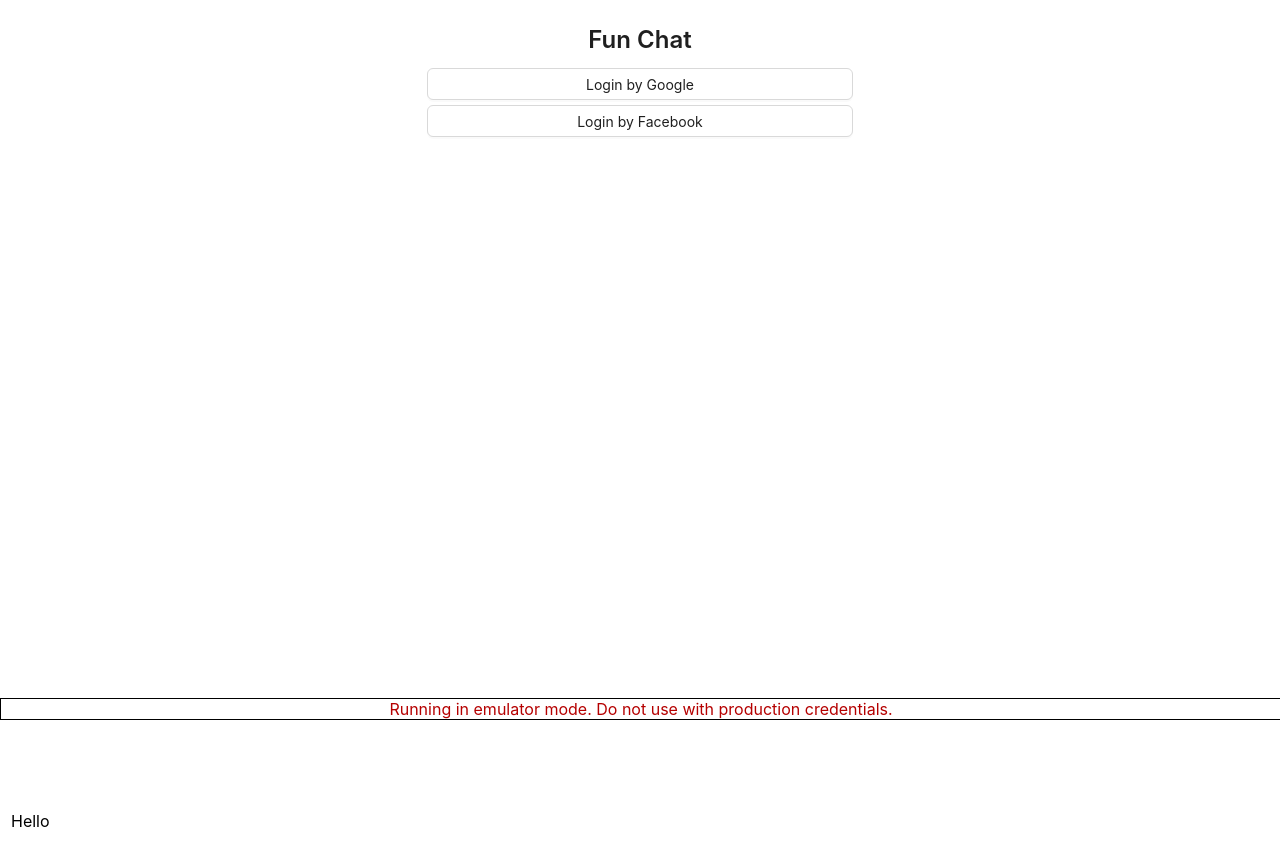
Repository: ynguyen1512/chat-real-time
Page: /login
The author's editor kept a copy of each file at every save. The page is drawn from the files as they stood at one save, then again after the next save.
The browser window is 1280 px wide. The pictures show the whole page.
The page's requests for data from a server got no answer. The project was rebuilt for these pictures with package versions that can differ from the ones it lists, and the page was loaded fresh each time. No one was signed in, and anything a server would have sent is missing. Also part of the build but not shown: src/App.css, src/components/ChatRoom/UserInfo.js, src/components/ChatRoom/RoomList.js, src/components/ChatRoom/Sidebar.js, src/components/ChatRoom/Message.js, src/components/ChatRoom/ChatWindow.js, src/components/ChatRoom/index.js.

Above is the page before, as saved 2023-08-11 13:55:12.

After the next save:
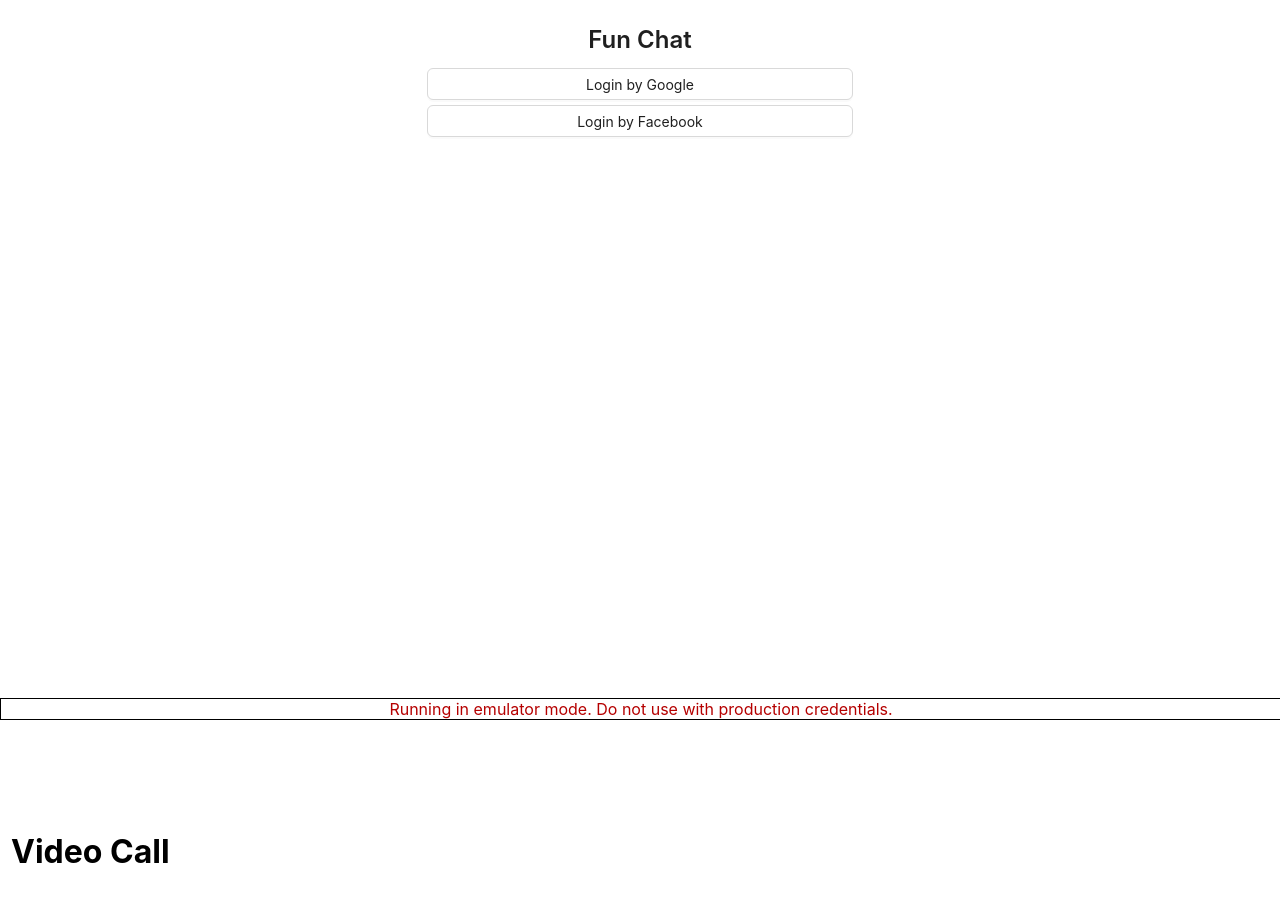
Saved 16 s later.
--- a/src/components/Modals/VideoCallModal.js
+++ b/src/components/Modals/VideoCallModal.js
@@ -11,7 +11,9 @@ const ContentStyled = styled.div`
 function VideoCallModal() {
   return (
     <div>
-      <ContentStyled>Hello</ContentStyled>
+      <ContentStyled>
+        <h1>Video Call</h1>
+      </ContentStyled>
     </div>
   );
 }
